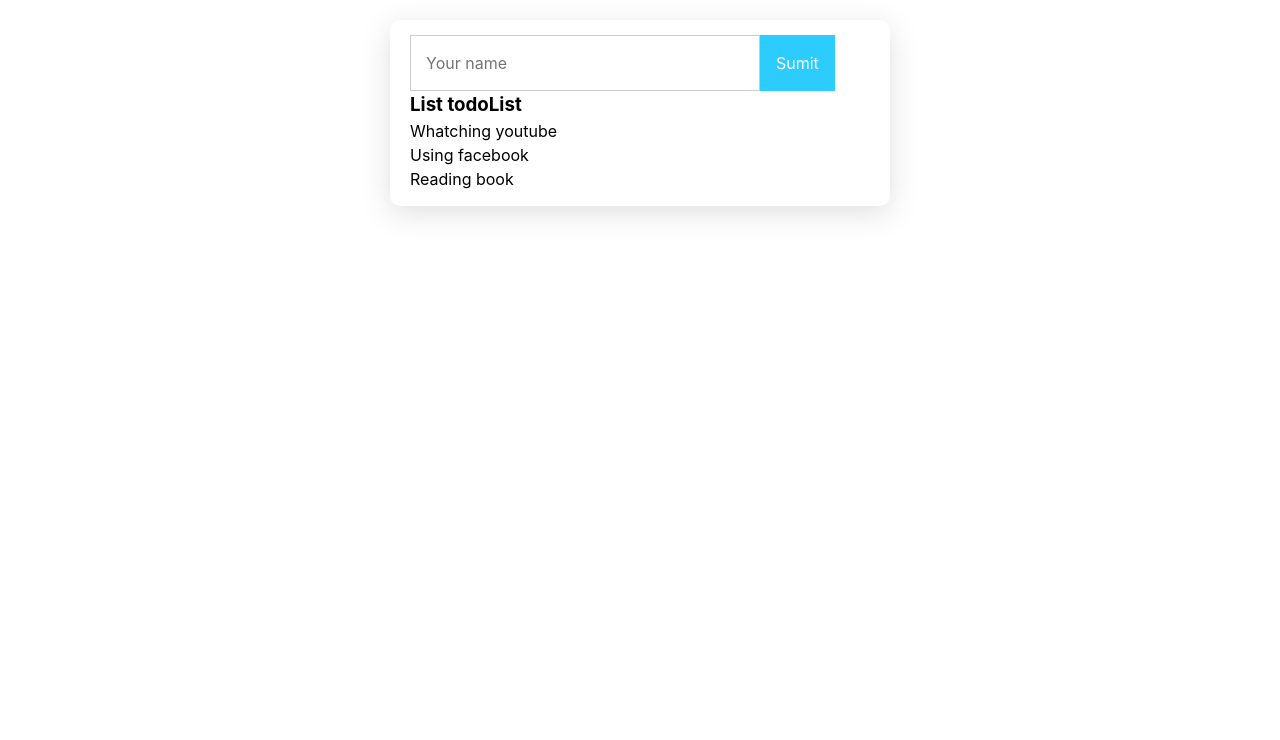
Repository: hoang0508/ReactJsHoiDanIT
Page: /product
The author's editor kept a copy of each file at every save. The page is drawn from the files as they stood at one save, then again after the next save.
The browser window is 1280 px wide. The pictures show the whole page.
The project was rebuilt for these pictures with package versions that can differ from the ones it lists, and the page was loaded fresh each time.

Above is the page before, as saved 2022-02-04 16:22:22.

After the next save:
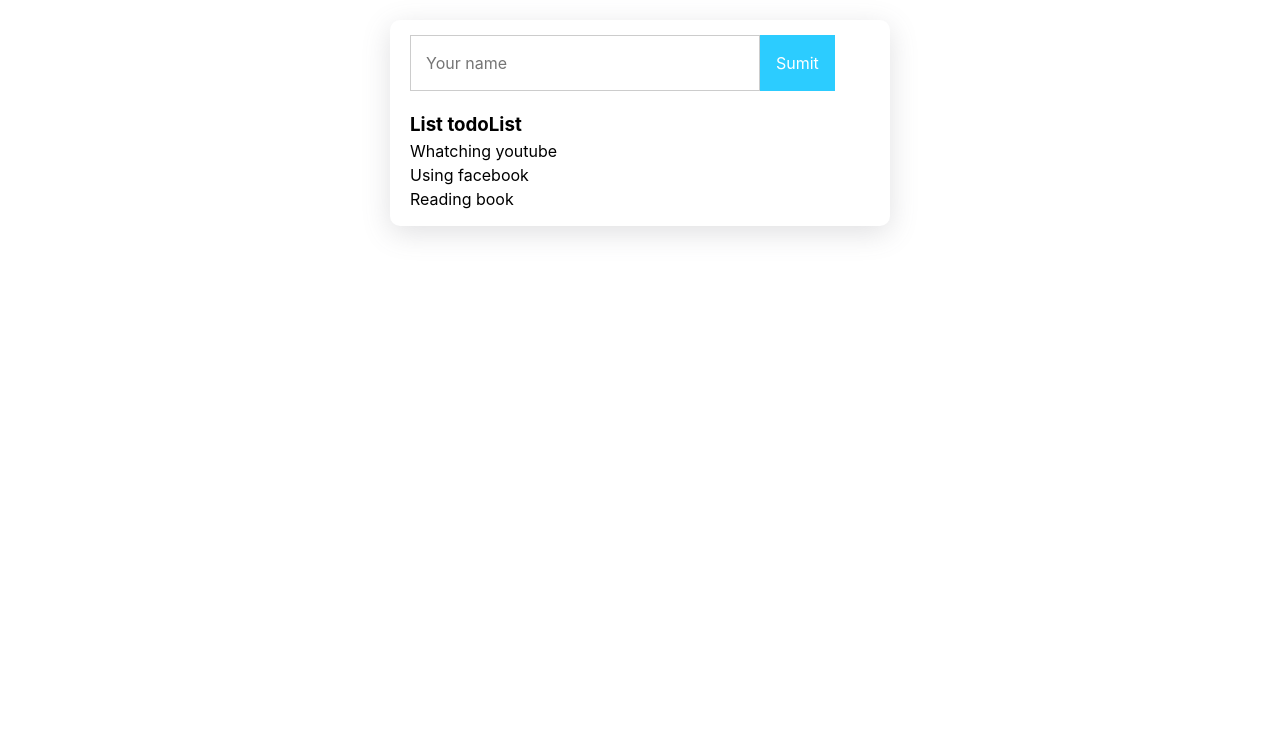
Saved 16 s later.
--- a/src/components/TodoApp/TodoList.scss
+++ b/src/components/TodoApp/TodoList.scss
@@ -7,6 +7,9 @@
   box-shadow: rgba(100, 100, 111, 0.2) 0px 7px 29px 0px;
   border-radius: 10px;
   overflow: hidden;
+  form {
+    margin-bottom: 20px;
+  }
   &-input {
     max-width: 350px;
     width: 100%;
